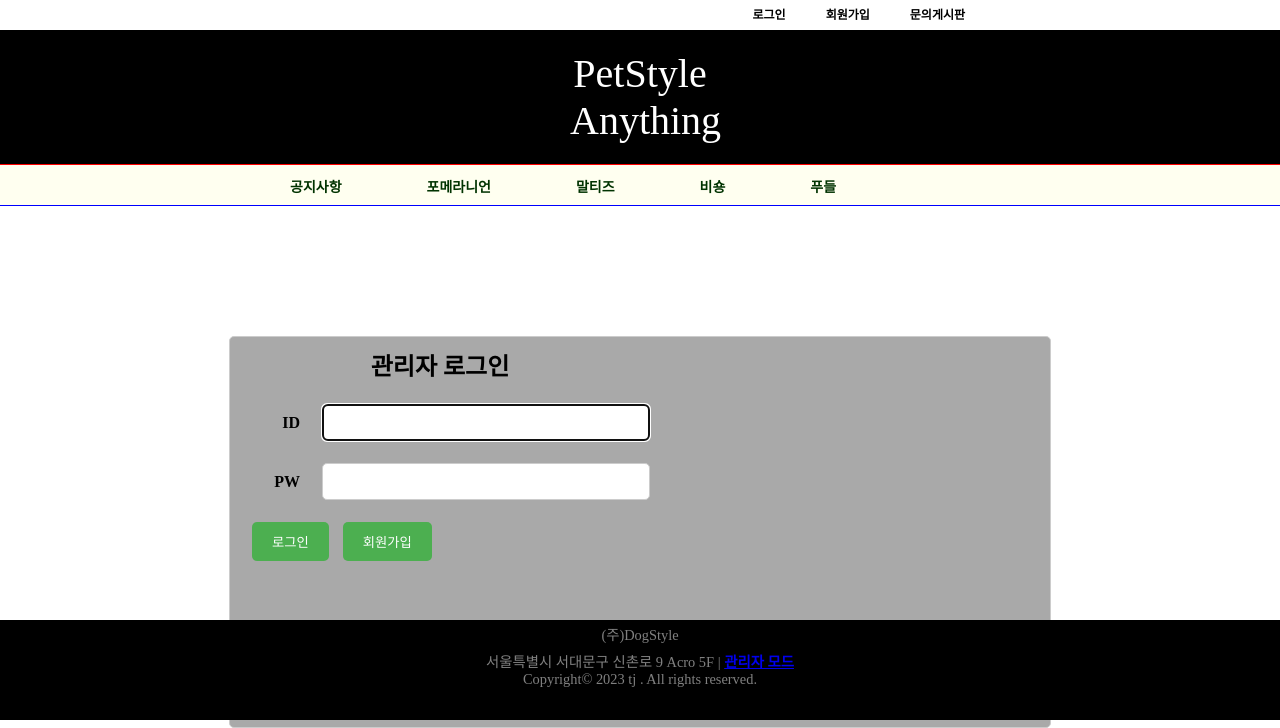
Repository: kdkk2000/Project
Page: http://localhost/petstyle/admin/adminLogin.jsp
These files come from the project's save history. The page is drawn as it stood at one moment and after a run of saves; the edit follows.
The browser window is 1280 px wide. The pictures show the whole page.
The page is served by Tomcat 9. Other server files are loaded and not shown. The template is opened directly, without the code that normally fills it, so the values that code supplies are empty.

Above is the page before, as saved 2023-03-29 06:42:11.

### petstyle/WebContent/admin/adminLogin.jsp
<%@ page language="java" contentType="text/html; charset=UTF-8"
    pageEncoding="UTF-8"%>
<%@ taglib prefix="c" uri="http://java.sun.com/jsp/jstl/core" %>
<%@ taglib prefix="fmt" uri="http://java.sun.com/jsp/jstl/fmt"%>
<c:set var="conPath" value="${pageContext.request.contextPath }"/>
<!DOCTYPE html>
<html>
<head>
	<meta charset="UTF-8">
	<title>Insert title here</title>
	<link href="${conPath }/css/login.css" rel="stylesheet">
	<style>
		#content_form {
			height:370px;
			margin: 130px auto 0px;
			width: 800px;
		}
	</style>
</head>
<body>
	<c:if test="${not empty admin }">
		<script>
			alert('이미 관리자 모드로 들어오셨습니다');
			location.href='${conPath }/main.do';
		</script>
	</c:if>
	<c:if test="${not empty user }">
		<script>
			alert('사용자는 접근할 수 없는 화면입니다.');
			history.back();
		</script>
	</c:if>
	<jsp:include page="../main/header.jsp"/>
	<div id="content_form">
		<form action="${conPath }/adminLogin.do" method="post">
			<table>
			<caption>관리자 로그인</caption>
			<tr>
				<th>ID</th>
				<td><input type="text" name="adminId" required="required" autofocus="autofocus"></td>
			</tr>
			<tr>
				<th>PW</th>
				<td><input type="password" name="adminPw" required="required"></td>
			</tr>
			<tr>
				<td colspan="2">
						<input type="submit" value="로그인" class="btn">
						<input type="button" value="회원가입" class="btn"
									onclick="location='${conPath}/adminJoinView.do'">
				</td>
			</tr>
		</table>
		</form>
	</div>
	<jsp:include page="../main/footer.jsp"/>
</body>
</html>

### petstyle/WebContent/main/header.jsp
<%@ page language="java" contentType="text/html; charset=UTF-8"
    pageEncoding="UTF-8"%>
<%@taglib prefix="c" uri="http://java.sun.com/jsp/jstl/core"%>
<%@taglib prefix="fmt" uri="http://java.sun.com/jsp/jstl/fmt" %>
<c:set var="conPath" value="${pageContext.request.contextPath }"/>
<!DOCTYPE html>
<html>
<head>
	<meta charset="UTF-8">
	<title>Insert title here</title>
<style>
	*{padding:0; margin: 0;}
	header {
		background-color: black; font-size: 10pt; color: white;
	}
	header a {text-decoration: none; font-weight: bold;}
	header li {list-style: none;}
	header .gnb {
	    width: 100%;
	    background-color: white;
	    margin-left: auto;
	}
	header .gnb ul {
		overflow: hidden;
		width:700px;
		height: 30px;
		line-height: 30px;
		margin: 0 auto;
	}
	header .gnb ul li {	float: right; margin-right:10px;}
	header .gnb a {
		color : black;
		font-size: 0.9em;
		display: block;
		padding-left:15px;
		padding-right:15px;
	}
	header .gnb a:hover {
		font-size: 1.2em;
  		background-color: black;
  		color: white;
	}

	header .logo{
		width:140px; text-align:center;
		margin: 20px auto; font-size:3em;
		cursor: pointer;
	}
	header .lnb {
		background-color: ivory;
	  	width: 100%; height: 40px;
	  	border-top: 1px solid red;
		border-bottom: 1px solid blue;
		position:relative; /*서브메뉴가 main영역 위로 */
	}
	header .lnb ul{
		text-align:center;
		overflow: hidden;
		width:800px;
		margin: 0 auto;
	}
	header .lnb ul>li {
		font-weight: bold;
		font-size: 14px;
		margin: 5px;
		margin-left: 20px;
		float:left;
		padding:5px 30px;
		line-height: 25px;
	}
	header .lnb li:hover {
  		background-color: black;
  		color: white;
	}
	header .lnb a {
		color : white;
		font-size: 0.9em;
		display: block;
		padding-left:15px;
		padding-right:15px;
	}
	header .lnb a:hover {
  		background-color: yellow;
  		color: black;
	}
	header .lnb li {color: #003300;}
	header .lnb ul li .subMenu {display:none;}
	header .lnb ul li:hover .subMenu {display: block; margin: 10px 0 0 0;}
</style>
</head>
<body>
<header>
	<c:if test="${empty user and empty admin}"> <%-- 로그인 전 화면 --%>
		<div class="gnb">
			<ul>
				<li><a href="${conPath }/boardList.do">문의게시판</a></li>
				<li><a href="${conPath }/joinView.do">회원가입</a></li>
				<li><a href="${conPath }/loginView.do">로그인</a></li>
			</ul>
		</div>
		<div class="logo" onclick="location.href='${conPath}/main.do'">
			PetStyle Anything
		</div>
		<div class="lnb">
			<ul>
				<li>공지사항
					<ol class="subMenu">
						<li><a href="${conPath }/noticeList.do">공지사항</a></li>
					</ol>
				</li>
				<li>포메라니언
					<ol class="subMenu">
						<li><a href="../fileBoardUp/dog.jpg">곰돌이컷</a></li>
						<li><a href="#">물개컷</a></li>
						<li><a href="#">포메컷</a></li>
						<li><a href="#">라이언컷</a></li>
						<li><a href="#">풀코트</a></li>
					</ol>
				</li>
				<li>말티즈
					<ol class="subMenu">
						<li><a href="#">알밤컷</a></li>
						<li><a href="#">곰돌이컷</a></li>
						<li><a href="#">베이비컷 </a></li>
						<li><a href="#">무스타슈 </a></li>
					</ol>
				</li>
				<li>비숑
					<ol class="subMenu">
						<li><a href="#">하이바컷</a></li>
						<li><a href="#">귀툭튀컷</a></li>
					</ol>
				</li>
				<li>푸들
					<ol class="subMenu">
						<li><a href="#">양컷</a></li>
						<li><a href="#">몽키컷</a></li>
						<li><a href="#">브로콜리컷</a></li>
						<li><a href="#">테디베어컷</a></li>
						<li><a href="#">귀똑컷</a></li>
					</ol>
				</li>
			</ul>
		</div>
	</c:if>
	<c:if test="${not empty user and empty admin}"> <%-- 사용자 모드 로그인 화면--%>
		<div class="gnb">
			<ul>
				<li><a href="${conPath }/boardList.do">문의게시판</a></li>
				<li><a href="${conPath }/logout.do">로그아웃</a></li>
				<li><a href="${conPath }/modifyView.do">정보수정</a></li>
				<li><a>${user.userName }님 &nbsp; ▶</a></li>
			</ul>
		</div>
		<div class="logo" onclick="location.href='${conPath}/main.do'">
			PetStyle Anything
		</div>
		<div class="lnb">
			<ul>
				<li>공지사항
					<ol class="subMenu">
						<li><a href="${conPath }/noticeList.do">공지사항</a></li>
					</ol>
				</li>
				<li>포메라니언
					<ol class="subMenu">
						<li><a href="#">곰돌이컷</a></li>
						<li><a href="#">물개컷</a></li>
						<li><a href="#">포메컷</a></li>
						<li><a href="#">라이언컷</a></li>
						<li><a href="#">풀코트컷</a></li>
					</ol>
				</li>
				<li>말티즈
					<ol class="subMenu">
						<li><a href="#">알밤컷</a></li>
						<li><a href="#">곰돌이컷</a></li>
						<li><a href="#">베이비컷 </a></li>
						<li><a href="#">무스타슈컷 </a></li>
					</ol>
				</li>
				<li>비숑
					<ol class="subMenu">
						<li><a href="#">하이바컷</a></li>
						<li><a href="#">귀툭튀컷</a></li>
					</ol>
				</li>
				<li>푸들
					<ol class="subMenu">
						<li><a href="#">양컷</a></li>
						<li><a href="#">몽키컷</a></li>
						<li><a href="#">브로콜리컷</a></li>
						<li><a href="#">테디베어컷</a></li>
						<li><a href="#">귀똑컷</a></li>
					</ol>
				</li>
			</ul>
		</div>
	</c:if>
	<c:if test="${empty user and not empty admin}"> <%-- 관리자 모드 로그인 화면--%>
		<div class="gnb">
			<ul>
				<li><a href="${conPath }/boardList.do">문의게시판</a></li>
				<li><a href="${conPath }/logout.do">관리자모드나가기</a></li>
				<li><a href="${conPath }/adminModify.do">정보수정</a></li>
				<li><a>${admin.adminName }님 &nbsp; ▶</a></li>
			</ul>
		</div>
		<div class="logo" onclick="location.href='${conPath}/main.do'">
			PetStyle Anything
		</div>
		<div class="lnb">
			<ul>
				<li>공지사항
					<ol class="subMenu">
						<li><a href="${conPath }/noticeList.do">공지사항</a></li>
					</ol>
				</li>
				<li>회원 리스트
					<ol class="subMenu">
						<li><a href="${conPath }/allUser.do">회원 리스트</a></li>
					</ol>
				</li>
				<li>관리자 메모장
					<ol class="subMenu">
						<li><a href="#">관리자 메모장</a></li>
					</ol>
				</li>
			</ul>
		</div>
	</c:if>
</header>
</body>
</html>

### petstyle/WebContent/main/footer.jsp
<%@ page language="java" contentType="text/html; charset=UTF-8"
    pageEncoding="UTF-8"%>
<%@taglib prefix="c" uri="http://java.sun.com/jsp/jstl/core"%>
<%@taglib prefix="fmt" uri="http://java.sun.com/jsp/jstl/fmt" %>
<c:set var="conPath" value="${pageContext.request.contextPath }"/>
<!DOCTYPE html>
<html>
<head>
<meta charset="UTF-8">
<title>Insert title here</title>
	<style>
	footer {
		position: fixed;
		bottom: 0;
		height: 100px;
		background-color: black;
		width: 100%;
	}

	#footer_conts {
		color: gray;
		font-size: 0.9em;
		text-align: center;
		margin: 0 auto;
		width: 80%;
	}

	#footer_conts p:first-child {
		height: 30px;
		line-height: 30px;
	}
</style>
</head>
<body>
	<footer>
		<div id="footer_conts">
			<p>(주)DogStyle</p>
			<p>서울특별시 서대문구 신촌로 9 Acro 5F | <b><a href="${conPath }/adminLoginView.do">관리자 모드</a></b></p>
			<p>Copyright© 2023 tj . All rights reserved.</p>
		</div>
	</footer>
</body>
</html>

### petstyle/WebContent/css/login.css
@charset "UTF-8";

#content_form {
  width: 150px;
  padding: 10px;
  background-color: darkgray;
  color: black;
  border: 1px solid #ccc;
  border-radius: 5px;
}

form table {
  width: 50%;
}

form table caption {
  font-size: 1.5em;
  font-weight: bold;
  margin-bottom: 10px;
}

form table th {
  text-align: right;
  padding: 10px;
}

form table td {
  padding: 10px;
}

form table input[type="text"],
form table input[type="password"] {
  width: 100%;
  padding: 10px;
  border-radius: 5px;
  border: 1px solid #ccc;
}

form table input[type="submit"],
form table input[type="button"] {
  margin-right: 10px;
  padding: 10px 20px;
  border-radius: 5px;
  border: none;
  background-color: #4CAF50;
  color: #fff;
  cursor: pointer;
}

form table input[type="submit"]:hover,
form table input[type="button"]:hover {
  background-color: #3e8e41;
}

After the next 2 saves:
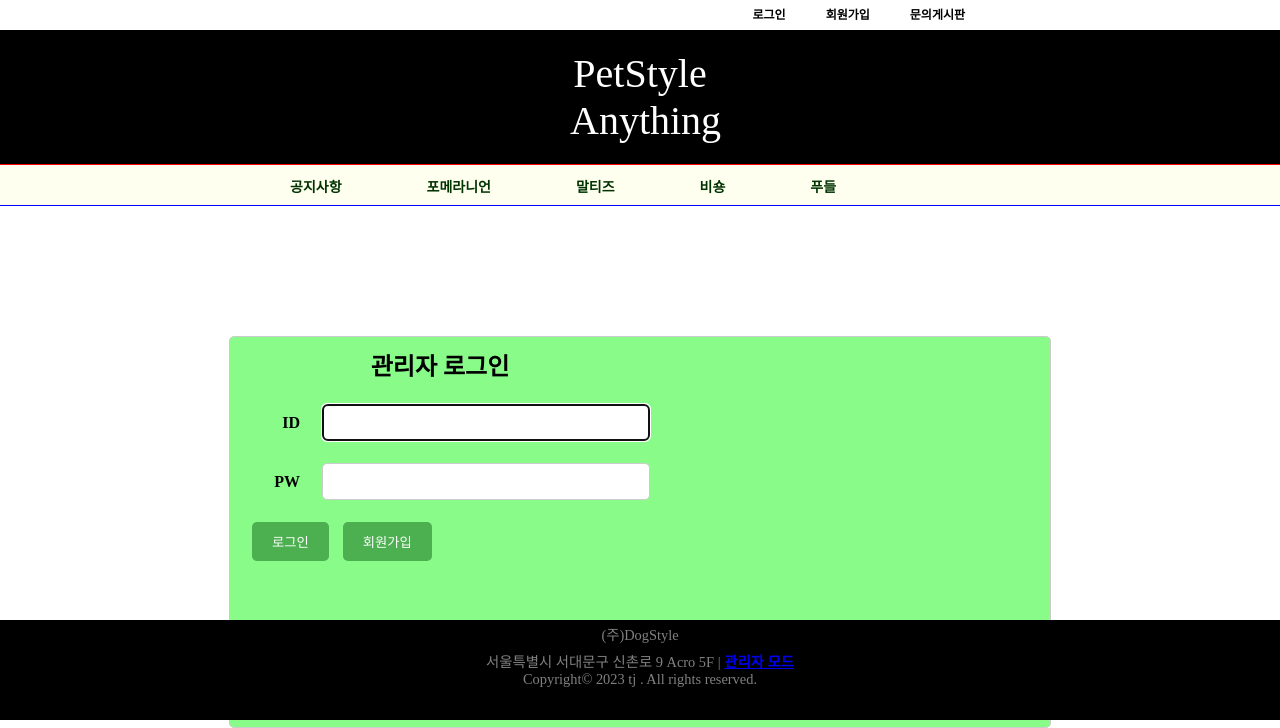
The 2 saves are shown as one change because they came seconds apart.
The last was saved 17 s later.
--- a/petstyle/WebContent/css/login.css
+++ b/petstyle/WebContent/css/login.css
@@ -3,7 +3,7 @@
 #content_form {
   width: 150px;
   padding: 10px;
-  background-color: darkgray;
+  background-color: #89FB89;
   color: black;
   border: 1px solid #ccc;
   border-radius: 5px;
